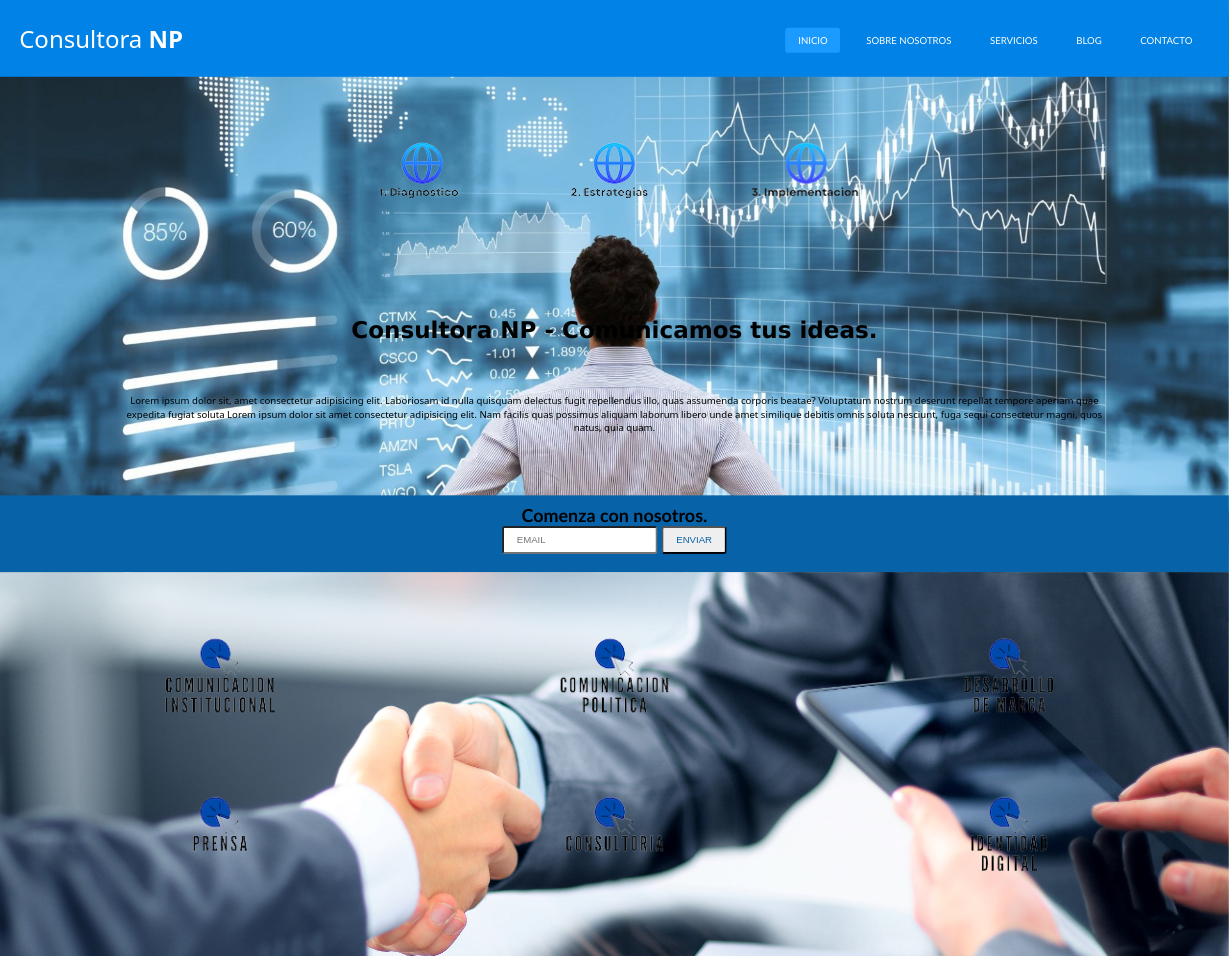
Repository: Batu120/pre-entrega2
Page: index.html
The author's editor kept a copy of each file at every save. The page is drawn from the files as they stood at one save, then again after the next save.
The browser window is 1280 px wide. The pictures show the whole page, at 96% of full size.

Above is the page before, as saved 2022-11-02 00:37:39.

### index.html
<!DOCTYPE html>
<html lang="en" dir="ltr">
<head>
    <meta charset="UTF-8">
    <meta http-equiv="X-UA-Compatible" content="IE=edge">
    <meta name="viewport" content="width=device-width, initial-scale=1.0">
    <title>2da Pre Entrega</title>
    <link rel="stylesheet" href="https://cdnjs.cloudflare.com/ajax/libs/font-awesome/4.7.0/css/font-awesome.min.css">
    <!-- CSS -->
    <link rel="stylesheet" href="CSS/style.css">

</head>
<body>
    <nav>
        <input type="checkbox" id="check">
        <label for="check" class="checkbtn">
            <i style="font-size:24px" class="fa">&#xf0c9;</i>
        </label>
        <label class="logo">Consultora <label class="logo1">NP</label></label>
            <!-- Lista no ordenada -->
            <ul>
                <!-- Items / Menu -->
                <li><a class="active" href="index.html">Inicio</a></li>
                <li><a href="HTML/SobreNosotros.html">Sobre Nosotros</a></li>
                <li><a href="HTML/Servicios.html">Servicios</a></li>
                <li><a href="HTML/Blog.html">Blog</a></li>
                <li><a href="HTML/Contacto.html">Contacto</a></li>
            </ul>
    </nav>

    <section>
        <div class="grid-container">
            <img src="/IMG/1.Diagnostico.png" alt="diagnostico">
            <img src="/IMG/2.Estrategia.png" alt="estrategia">
            <img src="/IMG/3.Implementacion.png" alt="implementacion">
        </div>
        <div class="container-div">
            <!-- titulo h1 -->
            <h1>Consultora NP - Comunicamos tus ideas.</h1>
            <br>
            <!-- Parrafo -->
            <p>Lorem ipsum dolor sit, amet consectetur adipisicing elit. Laboriosam id nulla quisquam delectus fugit repellendus illo, quas assumenda corporis beatae? Voluptatum nostrum deserunt repellat tempore aperiam quae expedita fugiat soluta Lorem ipsum dolor sit amet consectetur adipisicing elit. Nam facilis quas possimus aliquam laborum libero unde amet similique debitis omnis soluta nesciunt, fuga sequi consectetur magni, quos natus, quia quam.</p>
            <br><br>
        </div>

        <div class="container-form">
            <h3>Comenza con nosotros.</h3>
            <form class= "form-news" action="#" method="post" enctype>
                <input type="text" name="email" placeholder="Email">
                <input type="button" type="submit" value="enviar">
            </form>
        </div>
    </section>
    <section class="wallpaper">
        <div class="grid-container2">
            <div class="Com-1"><a href=""><img src="IMG/1com-inst.png" alt="pic1"></a></div>
            <div class="Com-2"><a href=""><img src="IMG/2com-polit.png" alt="pic2"></a></div>
            <div class="Com-3"><a href=""><img src="IMG/3des-marca.png" alt="pic3"></a></div>
            <div class="Com-4"><a href=""><img src="IMG/4prensa.png" alt="pic4"></a></div>
            <div class="Com-5"><a href=""><img src="IMG/5cons.png" alt="pic5"></a></div>
            <div class="Com-6"><a href=""><img src="IMG/3iden-dig.png" alt="pic6"></a></div>
        </div>
    </section>


</body>
</html>

### CSS/style.css
body {
    background: url(/IMG/background_body.jpeg);
    background-repeat: no-repeat;
    background-size: cover;
    background-position-x: center;
    background-position-y: center;
    background-position: center;
    height: 80vh;
    font-family:'Gill Sans', 'Gill Sans MT', Calibri, 'Trebuchet MS', sans-serif;

}

/* NAV BAR - LINKS- RESPONSIVE */
* {
    padding: 0;
    margin: 0;
    text-decoration: none;
    list-style: none;
    box-sizing: border-box;
}
nav {
    background: #0082e6;
    height: 80px;
    width: 100%;
}
/*  */
.logo{
    color: white;
    font-size: 25px;
    line-height: 80px;
    padding: 20px;
    font-weight:lighter;
    font-family:system-ui, -apple-system, BlinkMacSystemFont, 'Segoe UI', Roboto, Oxygen, Ubuntu, Cantarell, 'Open Sans', 'Helvetica Neue', sans-serif;
}
.logo1{
    color: white;
    font-weight: bold;
}
nav ul{
    float: right;
    margin-right: 20px;
    padding-top: 0%;
}
nav ul li{
    display: inline-block;
    line-height: 80px;
    margin: 0 5px;
}
nav ul li a{
    color: white;
    font-size: 10px;
    padding: 7px 13px;
    border-radius: 3px;
    text-transform: uppercase;

}
a.active,a:hover{
    background: #1b9bff;
    transition: .5s;
}
.checkbtn{
    font-size: 30px;
    color: white;
    float: right;
    line-height: 80px;
    margin-right: 30px;
    cursor: pointer;
    display: none;
}
#check{
    display: none;
}
/* PREUBA RESPONSIVE TEST */
@media (max-width: 853px){
    label.logo {
        font-size: 25px;
        padding-left: 50px;
    }
    nav ul li a{
        font-size: 18px;
    }
}
@media (max-width: 853px){
    .checkbtn{
        display: block;
    }
    ul{
        position: fixed;
        width: 100%;
        height: 100vh;
        background: #2c3e50;
        top: 80px;
        left: -100%;
        text-align: center;
        transition: all .5s;
    }
    nav ul li{
        display: block;
        margin: 50px 0;
        line-height: 30px;
    }
    nav ul li a {
        font-size: 20px;
    }
        a:hover,a.active{
        background:none;
        color: #0082e6;
        }
        #check:checked ~ ul{
        left: 0;
        }
    }

    /* IMG PICTURES page front */
    .grid-container {
        display: grid;
        grid-template-columns: auto auto auto;
        justify-content: center;
        margin: 20px;
    }
    .container-div{
        display: flex;
        flex-direction: column;
        text-align: center;
        margin-top: 20px;
        font-family: system-ui, -apple-system, BlinkMacSystemFont, 'Segoe UI', Roboto, Oxygen, Ubuntu, Cantarell, 'Open Sans', 'Helvetica Neue', sans-serif;
    }
    /* TITLE TEXT */
    h1{
        font-weight: bolder;
        font-family: Verdana, Geneva, Tahoma, sans-serif;
        display: inline-block;
        padding: 10px;
    }
    /* TEXT */
    p{
        margin: 20px;
        padding-left: 100px;
        padding-right: 100px;
        font-size: 10px;

    }
    /* NEWS FORM */
    .container-form{
        text-align: center;
        font-size: medium;
        background: #0862a7;
        height: 80px;
        width: 100%;
        padding: 10px;
    }
    input{
        color: #0862a7;
        font-size: 10px;
        padding: 7px 13px;
        border-radius: 3px;
        text-transform: uppercase;
    }
    .wallpaper {
        background-image: url(/IMG/consultoria_img.jpeg);
        background-repeat: no-repeat;
        background-size: cover;
        background-position: center;
        background-position-x: center;
        background-position-y: center;
        height: 400px;
    }
    .grid-container2 {
        display: grid;
        grid-template-columns: 1fr 1fr 1fr;
        grid-template-rows: 1fr 1fr;
        gap: 12px 12px;
        padding-top: 30px;
        margin-left: 30px;
        margin-right: 30px;
        height: 250px;
        grid-template-areas:
            "Com-1 Com-2 Com-3"
            "Com-4 Com-5 Com-6";
    }
    .Com-1 {
        justify-self: center;
        align-self: center;
        grid-area: Com-1;
    }
    .Com-2 {
        justify-self: center;
        align-self: center;
        grid-area: Com-2;
    }
    .Com-3 {
        justify-self: center;
        align-self: center;
        grid-area: Com-3;
    }
    .Com-4 {
        justify-self: center;
        align-self: center;
        grid-area: Com-4;
    }
    .Com-5 {
        justify-self: center;
        align-self: center;
        grid-area: Com-5;
    }
    .Com-6 {
        justify-self: center;
        align-self: center;
        grid-area: Com-6;
    }

After the next save:
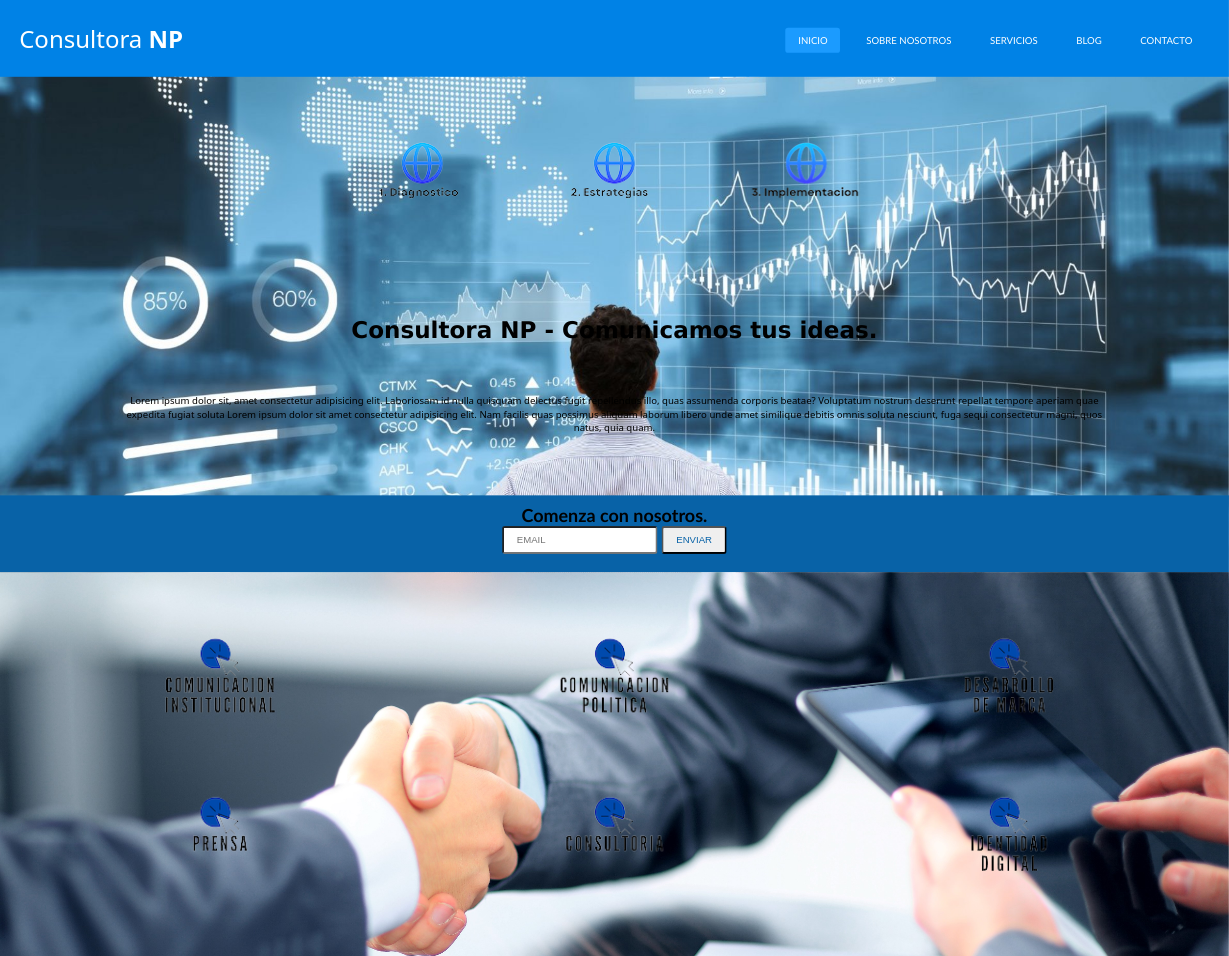
Saved 23 s later.
--- a/CSS/style.css
+++ b/CSS/style.css
@@ -5,7 +5,7 @@ body {
     background-position-x: center;
     background-position-y: center;
     background-position: center;
-    height: 80vh;
+    height: 100vh;
     font-family:'Gill Sans', 'Gill Sans MT', Calibri, 'Trebuchet MS', sans-serif;
 
 }
